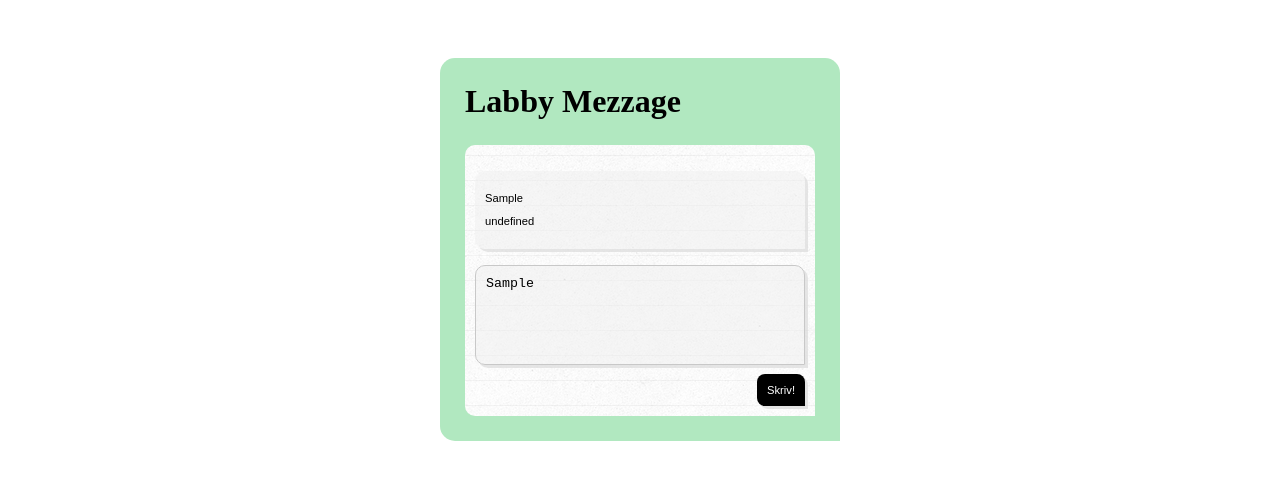
Repository: lw222gu/1dv403-laborationer
Page: 2-labbymezzage/index.html
The author's editor kept a record of every edit. The page is drawn from the files as they stood at one moment, then again after the next edit.
The browser window is 1280 px wide. The pictures show the whole page.
Empty fields were first filled with sample values (such as "Sample", 5 or name@example.com).
After loading, the first visible `#button` was clicked once.
Some web fonts or font styles are not loaded; a fallback is used.

Above is the page before.

### 2-labbymezzage/index.html
<!doctype html>
<html lang = "sv">
    <head>
        <meta charset="utf-8" />
        <meta name="viewport" content="width=device-width, initial-scale=1.0" />
        <title>Labby Mezzage</title>

        <!-- Main CSS -->
        <link rel="stylesheet" href="css/style.css" />

        <!-- Fonts -->
        <link href='//fonts.googleapis.com/css?family=Shadows+Into+Light+Two' rel='stylesheet' type='text/css'>

        <!-- JavaScript -->
        <script src="mainscript.js"></script>
        <script src="message.js"></script>

    </head>

    <body>

        <div id="container">
            <header>
                <h1>Labby Mezzage</h1>
            </header>

            <main>
                <div id="messages">
<!--                <ul>
                        <li>Ett testinlägg för att kunna skriva css:en för listor och listelement.</li>
                        <li>Ett testinlägg för att kunna skriva css:en för listor och listelement.</li>
                    </ul>
-->
                </div>
                <div id="counter"></div>
                <textarea id="textbox"></textarea>
                <input id="button" type="submit" value="Skriv!" />
            </main>
        </div>

    </body>
</html>

### 2-labbymezzage/css/style.css
body {
    font-size: 1em;
    padding-top:50px;
    font-family:Arial, sans-serif;
}

#container {
    max-width: 350px;
    margin: 0 auto 0 auto;
    background-color:#B1E8C0;
    overflow: auto;
    padding:25px;
    border-radius:15px 15px 0px 15px;
}

main {
    width:inherit;
    background-color:#FFF;
    background-image:url(pics/linedpaper.png);
    margin-top:25px;
    padding:10px;
    border-radius:10px 10px 0px 10px;
    overflow:auto;

}

h1 {
    font-family: 'Shadows Into Light Two', cursive;
    color: #000 ;
    margin:0px;
}

ul {
    list-style:none;
    padding-left:0px;
}

li {
    padding:10px;
    font-size:0.7em;
    color:#000;
    background-color:rgba(240, 240, 240, 0.5);
    border-radius:10px 10px 0px 10px;
    box-shadow:3px 3px 0px rgba(220, 220, 220, 0.7);
    margin-bottom: 6px;

}

#textbox {
    resize:none;
    box-sizing:border-box;
    width: 100%;
    overflow:auto;
    height:100px;
    padding:10px;
    margin-bottom:5px;
    border-width:1px;
    border-color:rgb(200, 200, 200);
    border-style:solid;
    border-radius:10px 10px 0px 10px;
    box-shadow:3px 3px 0px rgba(220, 220, 220, 0.7);
    background-color:rgba(240, 240, 240, 0.5);
}

#button {
    float:right;
    padding:10px;
    border-radius:8px 8px 0px 8px;
    border:none;
    color:#FFF;
    background-color:#000;
    cursor: pointer;
    box-shadow:3px 3px 0px rgba(220, 220, 220, 0.7);
    font-size:0.7em;
}

### 2-labbymezzage/mainscript.js
"use strict";

var mezzageApp = {

    messages: [],

    init: function(e){

        var divMessages = document.getElementById("messages");
        var ul = document.createElement("ul");
        var clickedOnce = false;
        var li;
        var button = document.querySelector("#button");

        button.onclick = function(){

            if(!clickedOnce){
                divMessages.appendChild(ul);
                clickedOnce = true;
            }

            var message = document.getElementById("textbox").value;

//          var date = Message.prototype.getDateText();

            var mess = new Message(message, date);
            mezzageApp.messages.push(mess);
            console.log(mezzageApp.messages);

            for (mess in mezzageApp.messages){
                li = document.createElement("li");
                var text = document.createElement("p");
                text.innerHTML = message;
                var date = document.createElement("p");
                date.innerHTML = mezzageApp.messages[mess].getDate();
                li.appendChild(text);
                li.appendChild(date);
            }

            ul.appendChild(li);

        };


//            Message.message = document.getElementById("#textbox").value;


//        sendMess.addEventListener("click", function(){
//           var mess = new Message();
//        });

   /*
        var mess = new Message("Testmeddelande", new Date());
        alert(mess);
        alert(mess.getText());
        mess.setText("En annan text att testa");
        alert(mess);

        mezzageApp.messages.push(mess, "Kiwi");
        alert(mezzageApp.messages[1]);
        console.log(mess);
    */
    }
};

window.onload = mezzageApp.init; //pekar på metoden init som kommer köras när sidan laddats

### 2-labbymezzage/message.js
"use strict";
/* Message constructor */

function Message(message, date){

    this.getText = function(){
        return message;
    };

    this.setText = function(_text){
        message = _text;
    };

    this.getDate = function(){
        return date;
    };

    this.setDate = function(_date){
        date = _date;
    };
}

Message.prototype.toString = function(){
    // Returnerar objektet som en sträng
    return (this.getText() + " (" + this.getDate() + ")");
};

Message.prototype.getHTMLText = function(){
    // Hämtar texten med \n utbytt mot <br/>
    var text = this.getText().replace(/\n/g, "<br />");
    return text;
};

Message.prototype.getDateText = function(){
    var dateText = this.getDate();
    return dateText;
};

After the next edit:
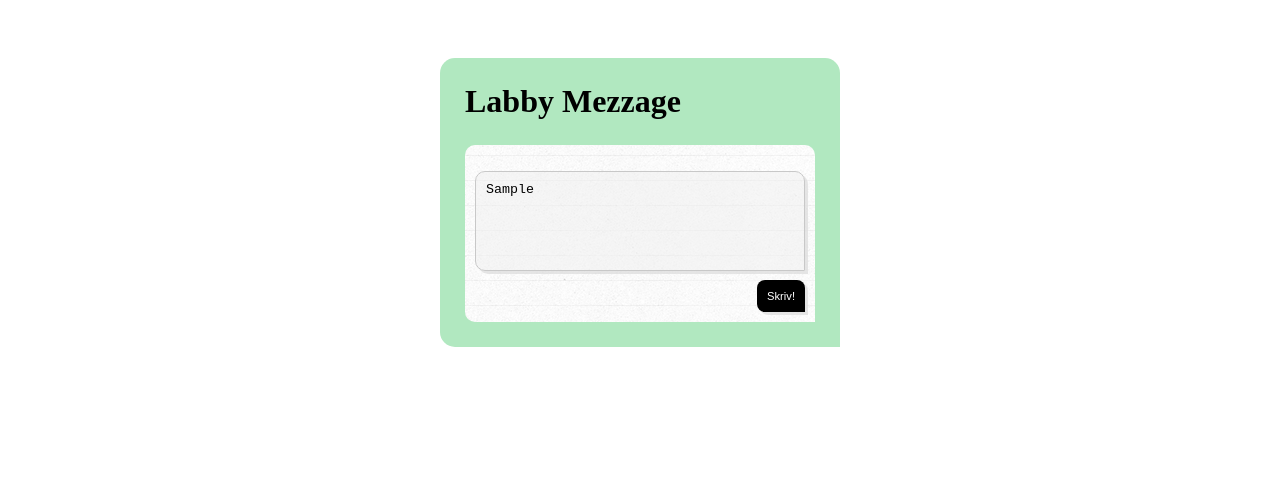
Console error: ReferenceError: message is not defined
The edit:
--- a/2-labbymezzage/mainscript.js
+++ b/2-labbymezzage/mainscript.js
@@ -19,7 +19,7 @@
                 clickedOnce = true;
             }
 
-            var message = document.getElementById("textbox").value;
+//            var message = document.getElementById("textbox").value;
 
 //          var date = Message.prototype.getDateText();
 

After the 2 edits that followed:
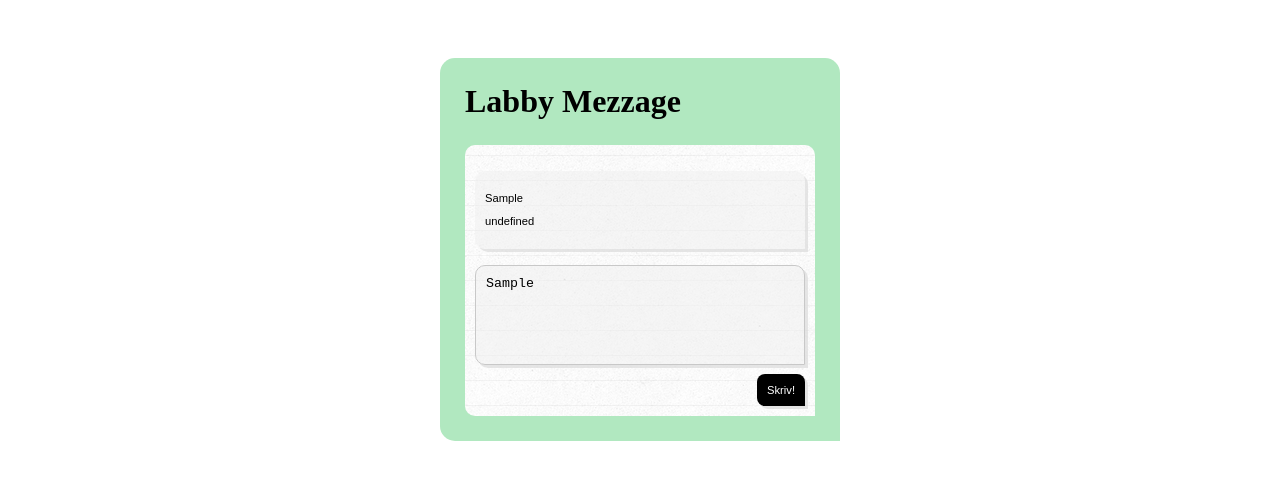
The error is gone.
The 2 edits are shown as one change because 1 left the picture as it was.
The edit:
--- a/2-labbymezzage/mainscript.js
+++ b/2-labbymezzage/mainscript.js
@@ -19,7 +19,7 @@
                 clickedOnce = true;
             }
 
-//            var message = document.getElementById("textbox").value;
+            var message = document.getElementById("textbox").value;
 
 //          var date = Message.prototype.getDateText();
 
@@ -31,6 +31,7 @@
                 li = document.createElement("li");
                 var text = document.createElement("p");
                 text.innerHTML = message;
+//                text.innerHTML = mezzageApp.messages[mess].getHTMLText();
                 var date = document.createElement("p");
                 date.innerHTML = mezzageApp.messages[mess].getDate();
                 li.appendChild(text);
